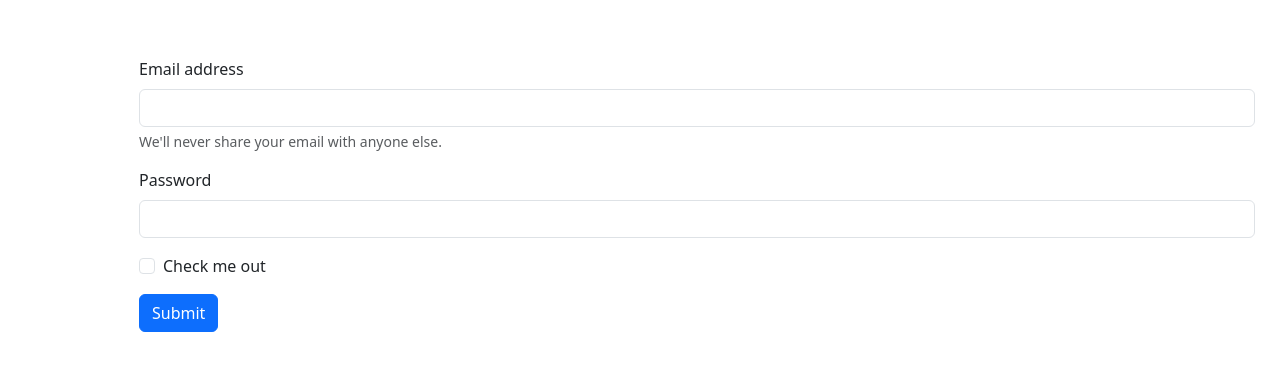
Repository: lemoueno/programme_dev_fullstack
Page: bootstrap/form/form.html
An editor plug-in stored every save of this project. The page is shown before and after the next save, followed by the edit.
The browser window is 1280 px wide. The pictures show the whole page.

Above is the page before, as saved 2023-12-03 16:58:04.

After the next save:
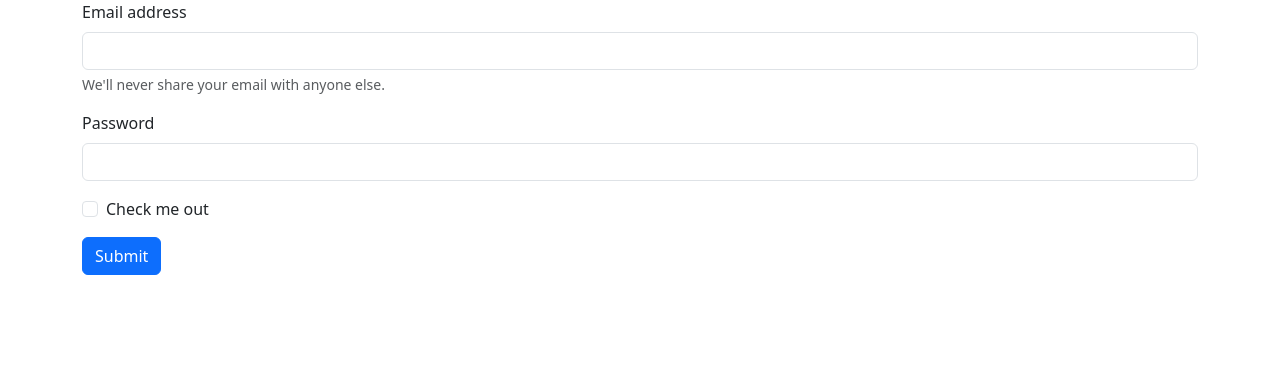
Saved 29 s later.
--- a/bootstrap/form/form.html
+++ b/bootstrap/form/form.html
@@ -9,7 +9,7 @@
 <body>
     <div class="container">
         <div class="row">
-            <form style="margin:5%;">
+            <form style="margin:0%;">
                 <div class="mb-3">
                   <label for="exampleInputEmail1" class="form-label">Email address</label>
                   <input type="email" class="form-control" id="exampleInputEmail1" aria-describedby="emailHelp">
